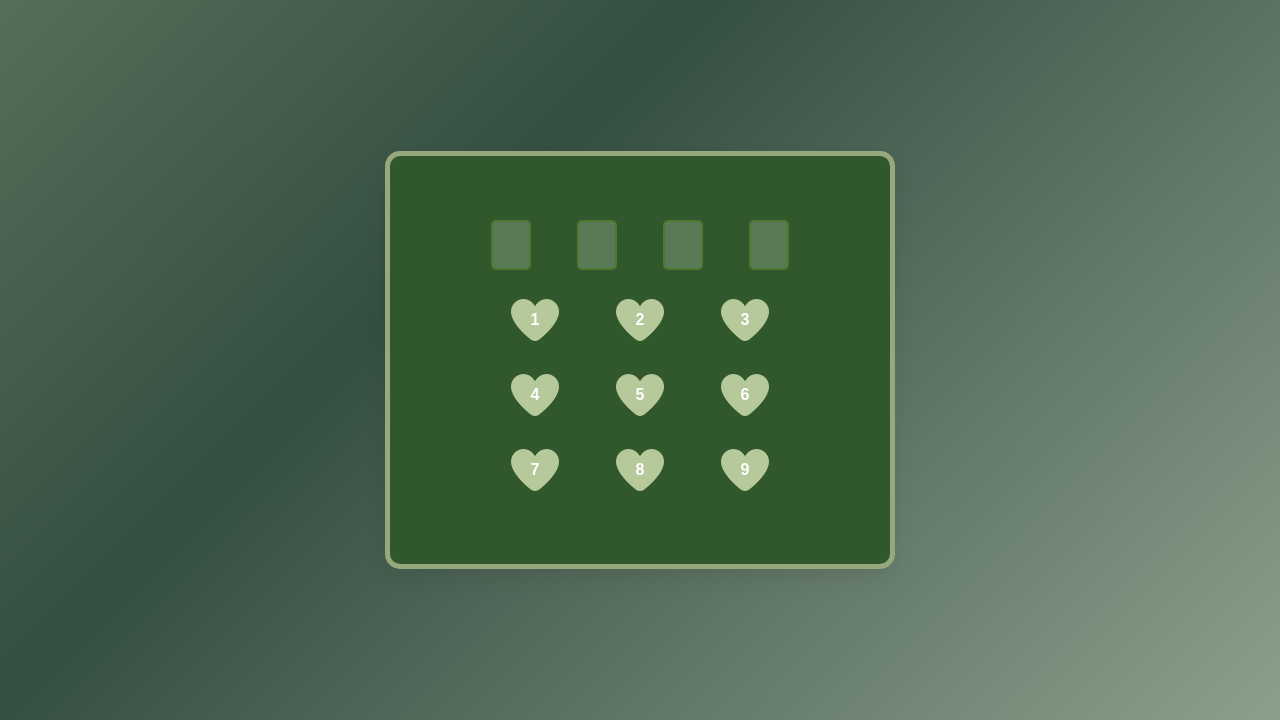
Repository: jahatesu/project-cutie
Page: index.html
An editor plug-in stored every save of this project. The page is shown before and after the next save, followed by the edit.
The browser window is 1280 px wide. The pictures show the whole page.
Some web libraries are served in a nearby version.

Above is the page before, as saved 2025-08-14 23:52:20.
Console error: TypeError: Cannot read properties of null (reading 'getBoundingClientRect')

After the next save:
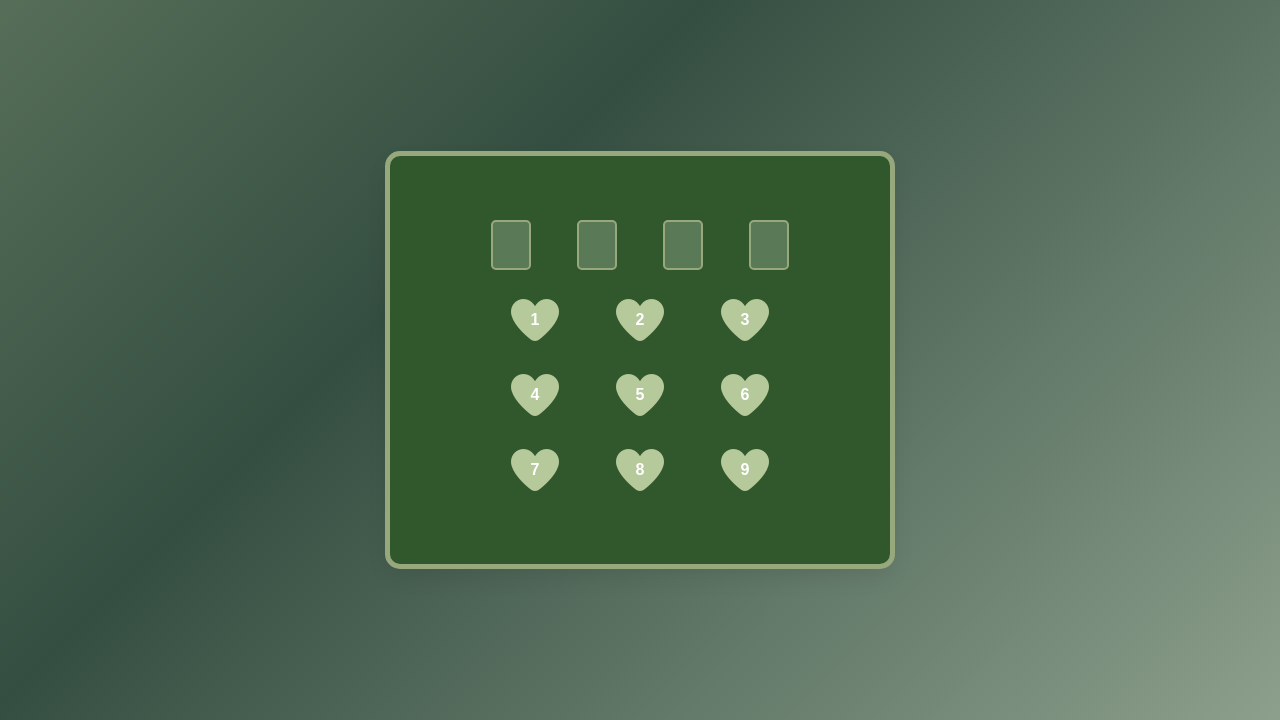
Saved 25 s later.
--- a/style.css
+++ b/style.css
@@ -67,7 +67,7 @@ body {
 .pin-box{
   width: clamp(30px, 9vw, 40px);
   height: clamp(30px, 9vw, 50px);
-  border: 2px solid #4f772d;
+  border: 2px solid #97a97c;
   border-radius: 5px;
   background: rgba(255,255,255,0.2);
 
